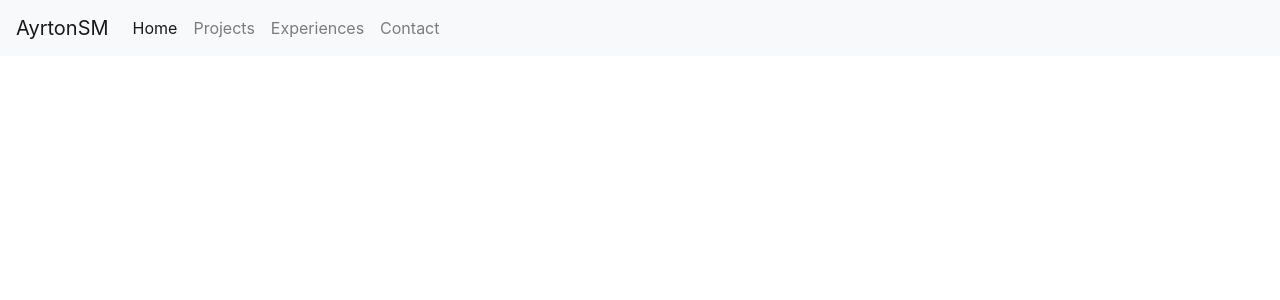
Repository: AyrtonSM/ayrtonsm.github.io
Page: website/index.html
The author's editor kept a copy of each file at every save. The page is drawn from the files as they stood at one save, then again after the next save.
The browser window is 1280 px wide. The pictures show the whole page.
Some web libraries are served in a nearby version.

Above is the page before, as saved 2019-07-23 09:14:06.

After the next save:
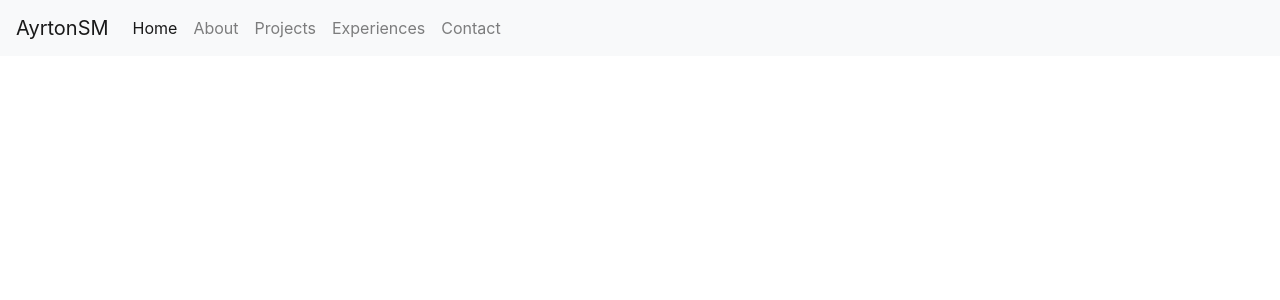
Saved 23 s later.
--- a/website/index.html
+++ b/website/index.html
@@ -26,6 +26,9 @@
                 <a class="nav-link" href="#">Home <span class="sr-only">(current)</span></a>
             </li>
             <li class="nav-item">
+                    <a class="nav-link" href="#">About</a>
+            </li>
+            <li class="nav-item">
                 <a class="nav-link" href="#">Projects</a>
             </li>
             <li class="nav-item">
